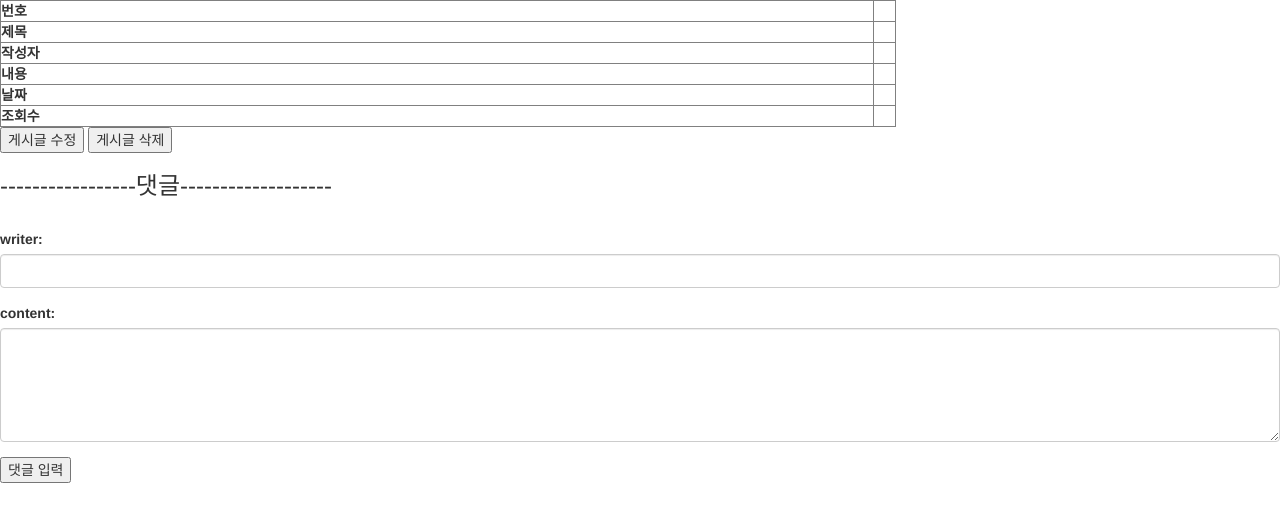
Repository: changyunLee/practice_01
Page: http://localhost/board0513/WEB-INF/views/detail.jsp
The author's editor kept a copy of each file at every save. The page is drawn from the files as they stood at one save, then again after the next save.
The browser window is 1280 px wide. The pictures show the whole page.
The page is served by Tomcat 9. Nobody is signed in. The template is opened directly, without the code that normally fills it, so the values that code supplies are empty.

Above is the page before, as saved 2021-10-05 03:23:56.

After the next save:
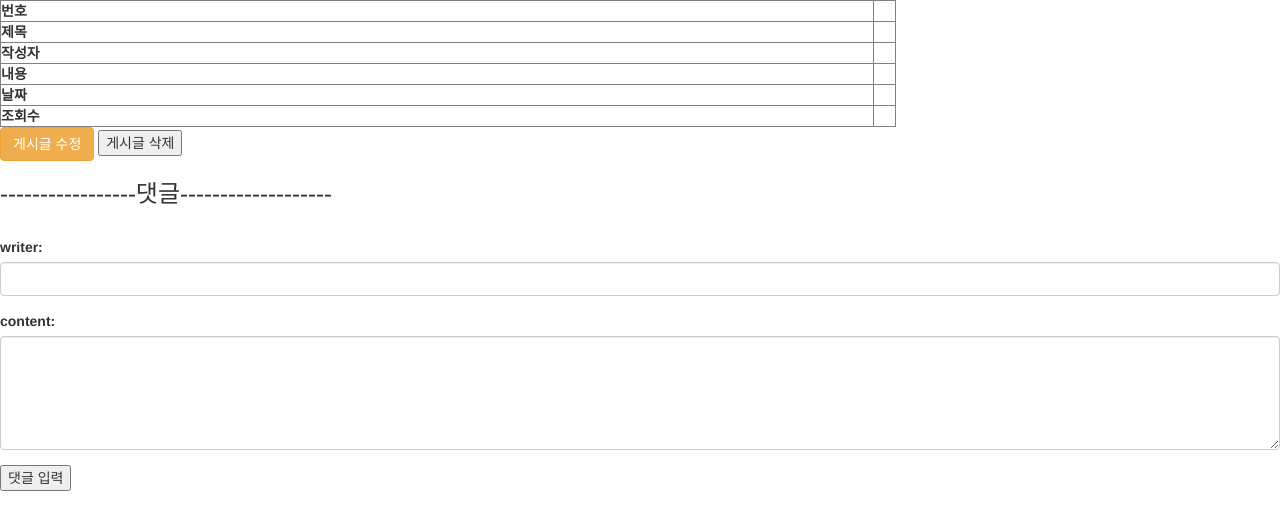
Saved 111 s later.
--- a/SpringMVC_WORK/board0513/src/main/webapp/WEB-INF/views/detail.jsp
+++ b/SpringMVC_WORK/board0513/src/main/webapp/WEB-INF/views/detail.jsp
@@ -70,7 +70,7 @@
 
 	</table>
 
-	<button type="button"
+	<button type="button" class="btn btn-warning"
 		onclick="location.href='update.do?bnum=${board.bnum}'">게시글 수정</button>
 	<button type="button"
 		onclick="location.href='delete.do?bnum=${board.bnum}'">게시글 삭제</button>
